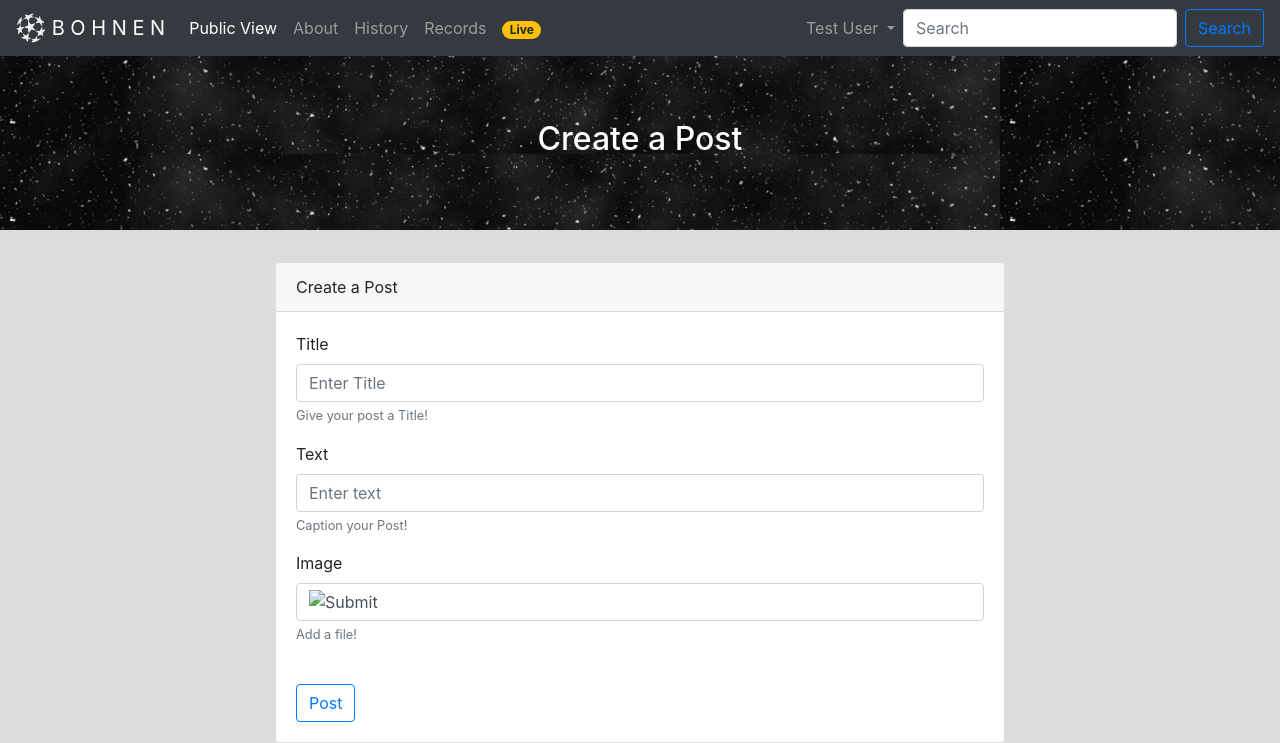
Repository: davidbohnen/BOHNEN
Page: http://localhost/post/create
An editor plug-in stored every save of this project. The page is shown before and after the next save, followed by the edit.
The browser window is 1280 px wide. The pictures show the whole page.
Some web libraries are served in a nearby version. The page is served by the project's Laravel application, run on PHP 8.4 with Laravel 8. A made-up administrator, Test User (test@example.com), is signed in.

Above is the page before, as saved 2020-05-12 13:31:58.

After the next save:
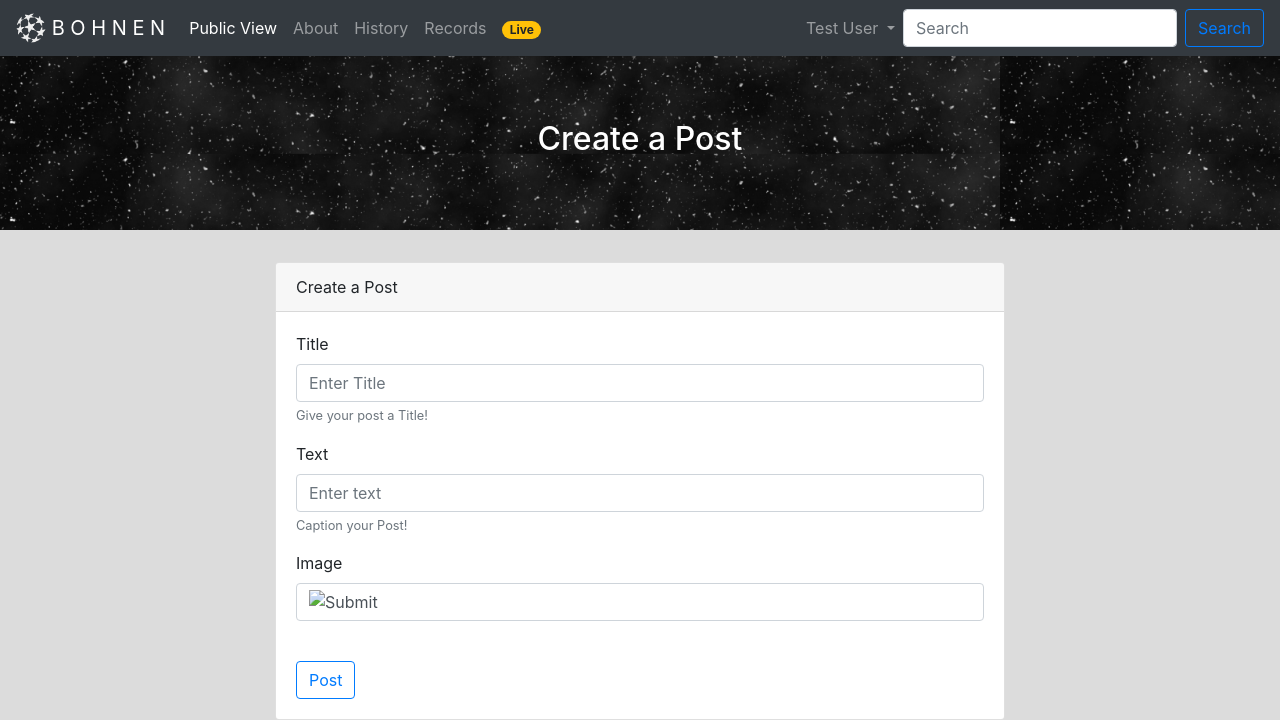
Saved 10 s later.
--- a/resources/views/post/create.blade.php
+++ b/resources/views/post/create.blade.php
@@ -52,7 +52,7 @@
                         <div class="form-group">
                         <label for="image">Image</label>
                         <input name = "image" type="image" class="form-control" id="image" aria-describedby="imageHelp" placeholder="Add Image">
-                        <small id="imageHelp" class="form-text text-muted">Add a file!</small>
+                        <small id="imageHelp" class="form-text text-muted"></small>
 
                         @error('text')
                                 <small class = "text-danger">{{$message}}</small>
